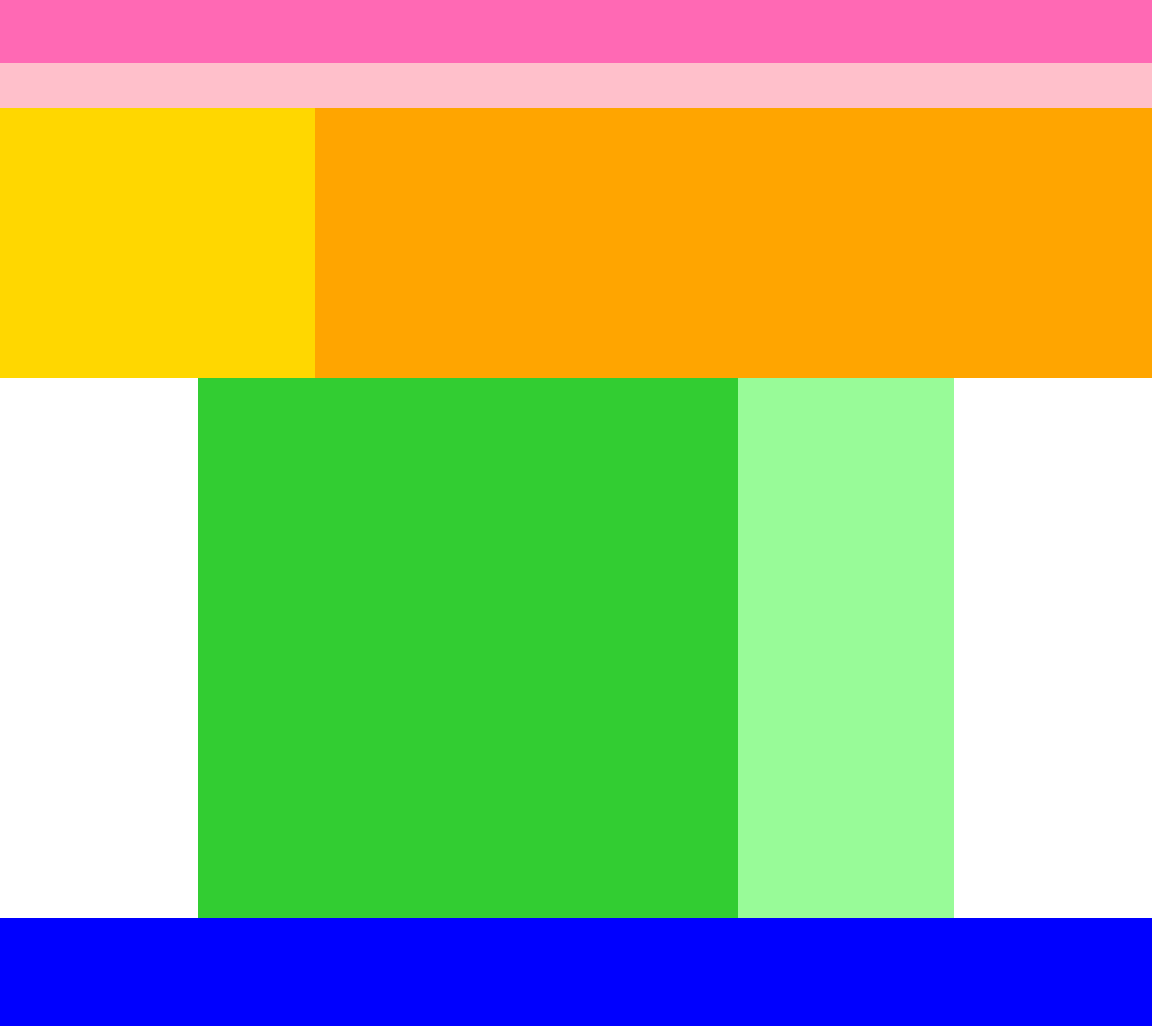
Repository: Hirotaka-DWC/dmm_webcamp_task_1
Page: caravan/index.html
The author's editor kept a record of every edit. The page is drawn from the files as they stood at one moment, then again after the next edit.
The browser window is 1280 px wide. The pictures show the whole page, at 90% of full size.

Above is the page before.

After the next edit:
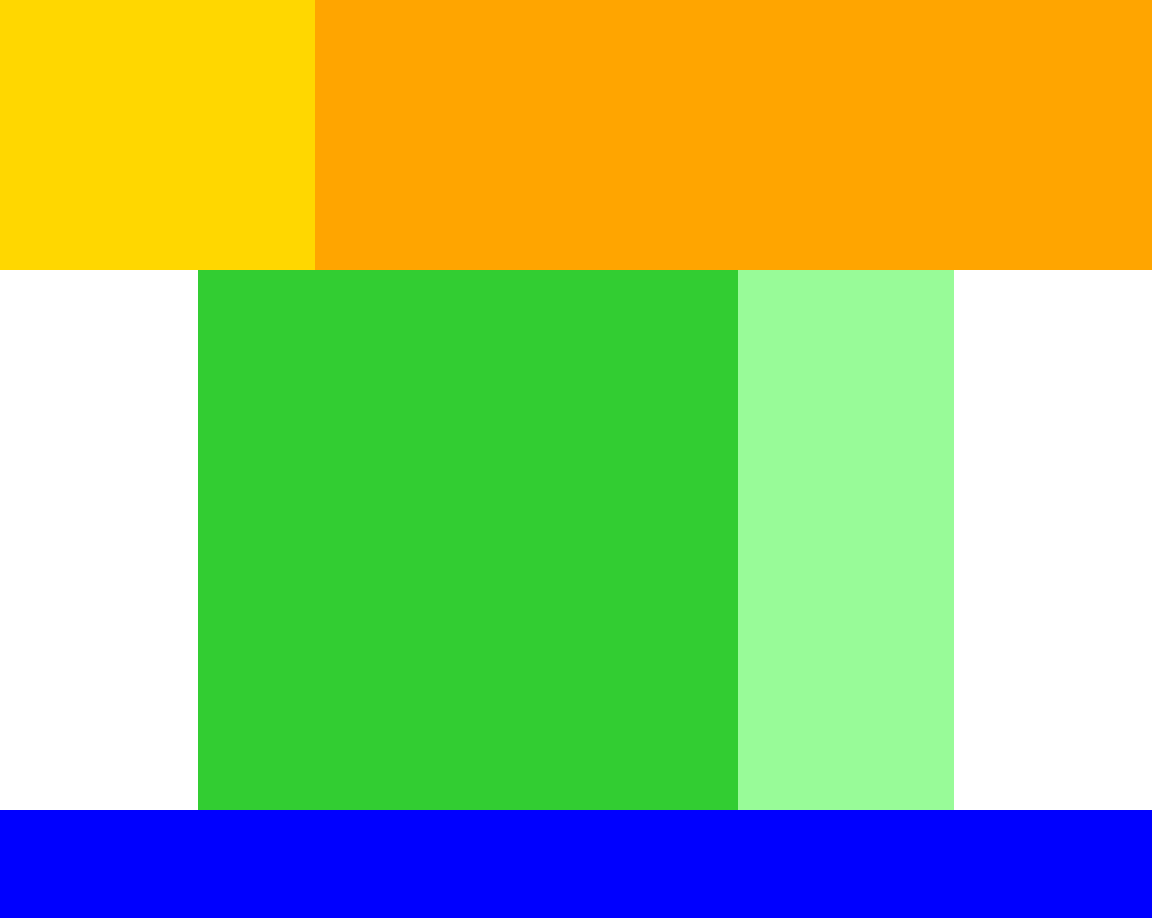
The edit:
--- a/caravan/index.html
+++ b/caravan/index.html
@@ -8,9 +8,6 @@
   </head>
 
   <body>
-    <div class="header">
-      <div class="header-top"></div>
-      <div class="header-bottom"></div>
     </div>
     <div class="main-visual">
       <div class="main-visual-content"></div>
